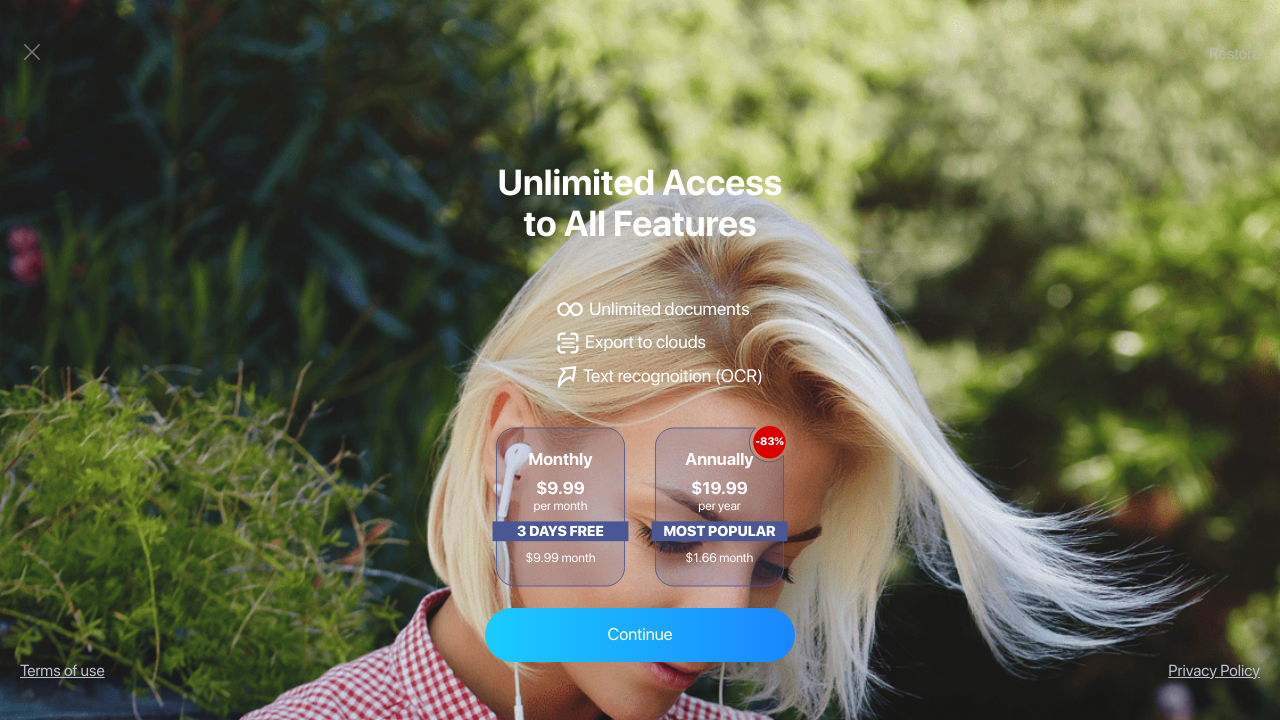
Repository: Ivan0195/bp-banner
Page: /
An editor plug-in stored every save of this project. The page is shown before and after the next save, followed by the edit.
The browser window is 1280 px wide. The pictures show the whole page.
The project was rebuilt for these pictures with package versions that can differ from the ones it lists, and the page was loaded fresh each time. Also part of the build but not shown: webpack.config.js.

Above is the page before, as saved 2023-03-17 11:08:09.

After the next save:
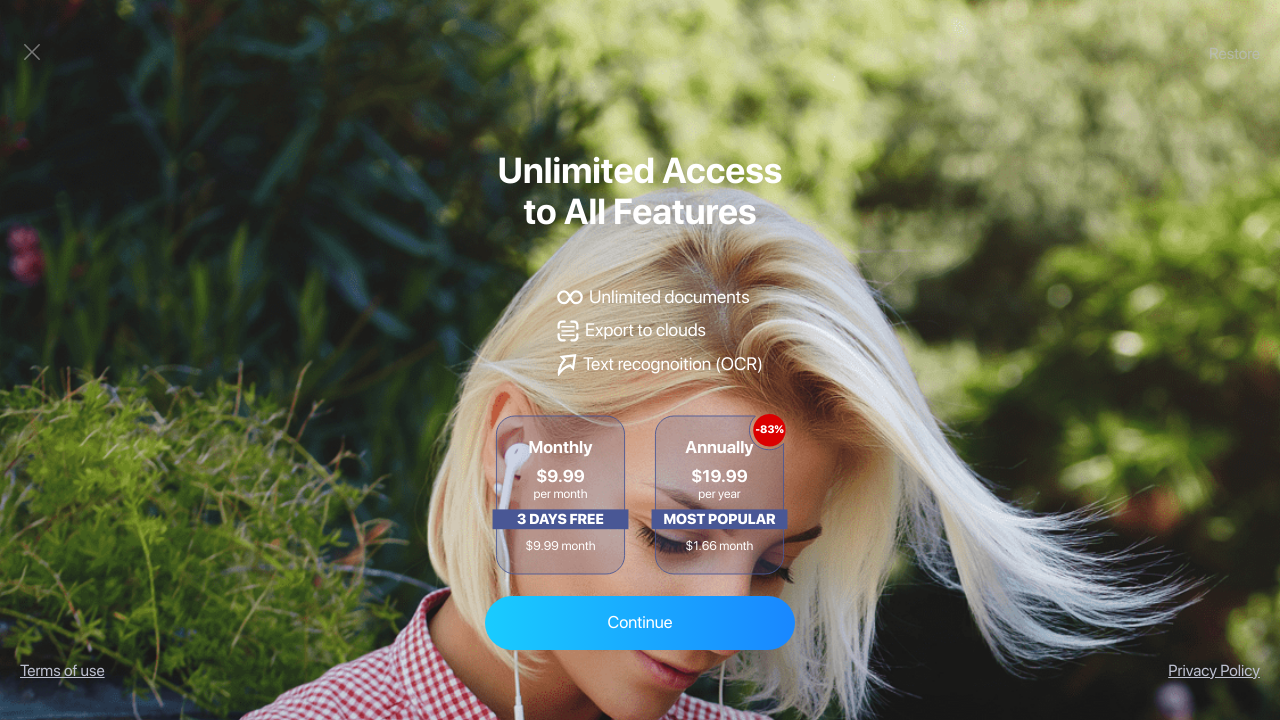
Saved 42 s later.
--- a/src/index.html
+++ b/src/index.html
@@ -57,6 +57,7 @@
     </div>
 
       <a id="button" class="continueButton">Continue</a>
+      <span></span>
   </main>
 
 
